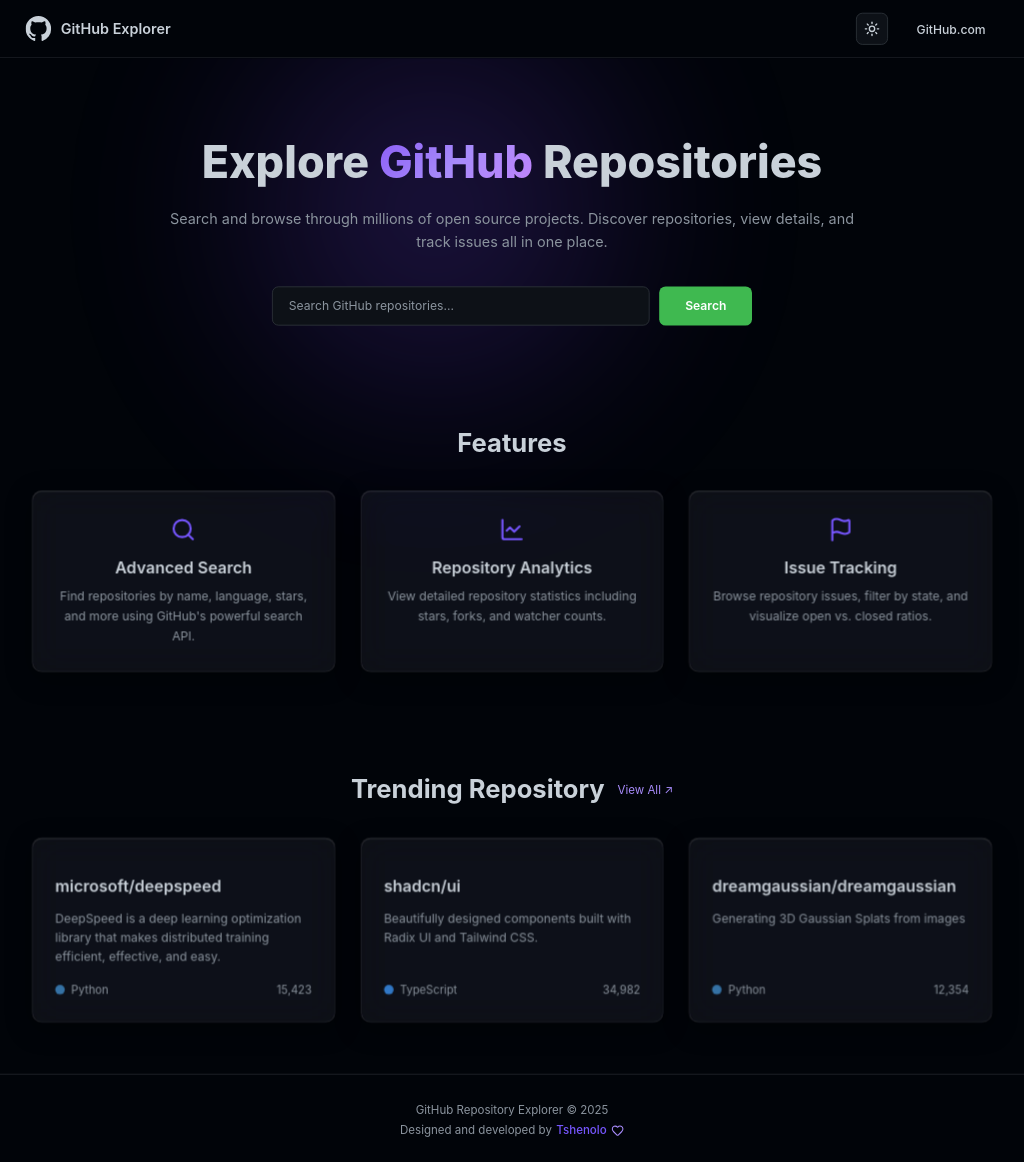
Repository: Tshenolo1994/username-repo
Page: /
An editor plug-in stored every save of this project. The page is shown before and after the next save, followed by the edit.
The browser window is 1280 px wide. The pictures show the whole page, at 80% of full size.
The project was rebuilt for these pictures with package versions that can differ from the ones it lists, and the page was loaded fresh each time. Also part of the build but not shown: vite.config.ts, src/views/RepoView.vue.

Above is the page before, as saved 2025-10-27 01:39:51.

After the next save:
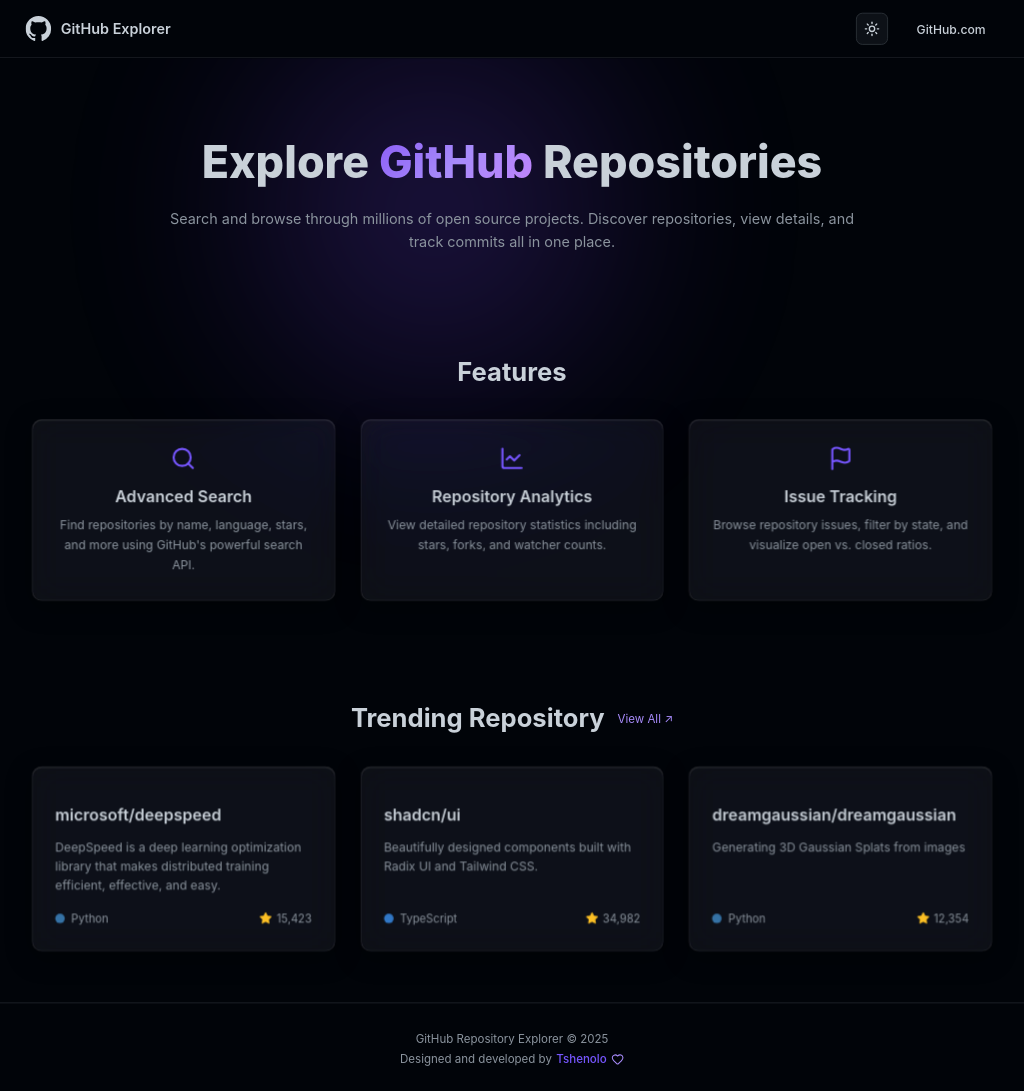
Saved 24 s later.
--- a/src/views/HomeView.vue
+++ b/src/views/HomeView.vue
@@ -1,9 +1,8 @@
 <script setup lang="ts">
 import { ref } from "vue";
-import { useRouter } from "vue-router";
 import { Search, LineChart, Flag } from "lucide-vue-next";
 
-
+// features data
 const features = ref([
   {
     id: 1,
@@ -51,15 +50,6 @@
     language: "Python",
   },
 ]);
-
-const router = useRouter();
-const username = ref("");
-
-function search() {
-  if (username.value.trim()) {
-    router.push(`/repos/${username.value.trim()}`);
-  }
-}
 
 function getLangColor(lang: string): string {
   const colors: Record<string, string> = {
@@ -86,17 +76,8 @@
         </h1>
         <p class="hero-sub">
           Search and browse through millions of open source projects. Discover
-          repositories, view details, and track issues all in one place.
+          repositories, view details, and track commits all in one place.
         </p>
-
-        <div class="search-box">
-          <input
-            v-model="username"
-            placeholder="Search GitHub repositories..."
-            class="search-input"
-          />
-          <button @click="search" class="search-btn">Search</button>
-        </div>
       </div>
     </section>
 
@@ -243,55 +224,8 @@
 .hero-sub {
   color: var(--muted);
   font-size: 1.125rem;
-  margin-bottom: 2.5rem;
   line-height: 1.6;
 }
-
-.search-box {
-  display: flex;
-  justify-content: center;
-  gap: 0.75rem;
-  max-width: 600px;
-  margin: 0 auto;
-}
-
-.search-input {
-  padding: 0.875rem 1.25rem;
-  border-radius: 8px;
-  flex: 1;
-  background: var(--bg-elev);
-  color: var(--text);
-  border: 1px solid var(--border);
-  font-size: 0.95rem;
-  transition: all 0.2s;
-}
-
-.search-input:focus {
-  outline: none;
-  border-color: var(--link);
-  background: var(--bg-elev);
-}
-
-.search-input::placeholder {
-  color: var(--muted);
-}
-
-.search-btn {
-  background: var(--button-accent);
-  color: white;
-  padding: 0.875rem 2rem;
-  border-radius: 8px;
-  font-weight: 600;
-  cursor: pointer;
-  border: none;
-  font-size: 0.95rem;
-  transition: all 0.2s;
-}
-
-/* .search-btn:hover {
-  background: #2ea043;
-  transform: translateY(-1px);
-} */
 
 /* Shared Section Styling */
 .section {
@@ -465,7 +399,7 @@
   align-items: center;
   gap: 0.35rem;
 }
-F
+
 .star {
   width: 16px;
   height: 16px;

After the 2 saves that followed:
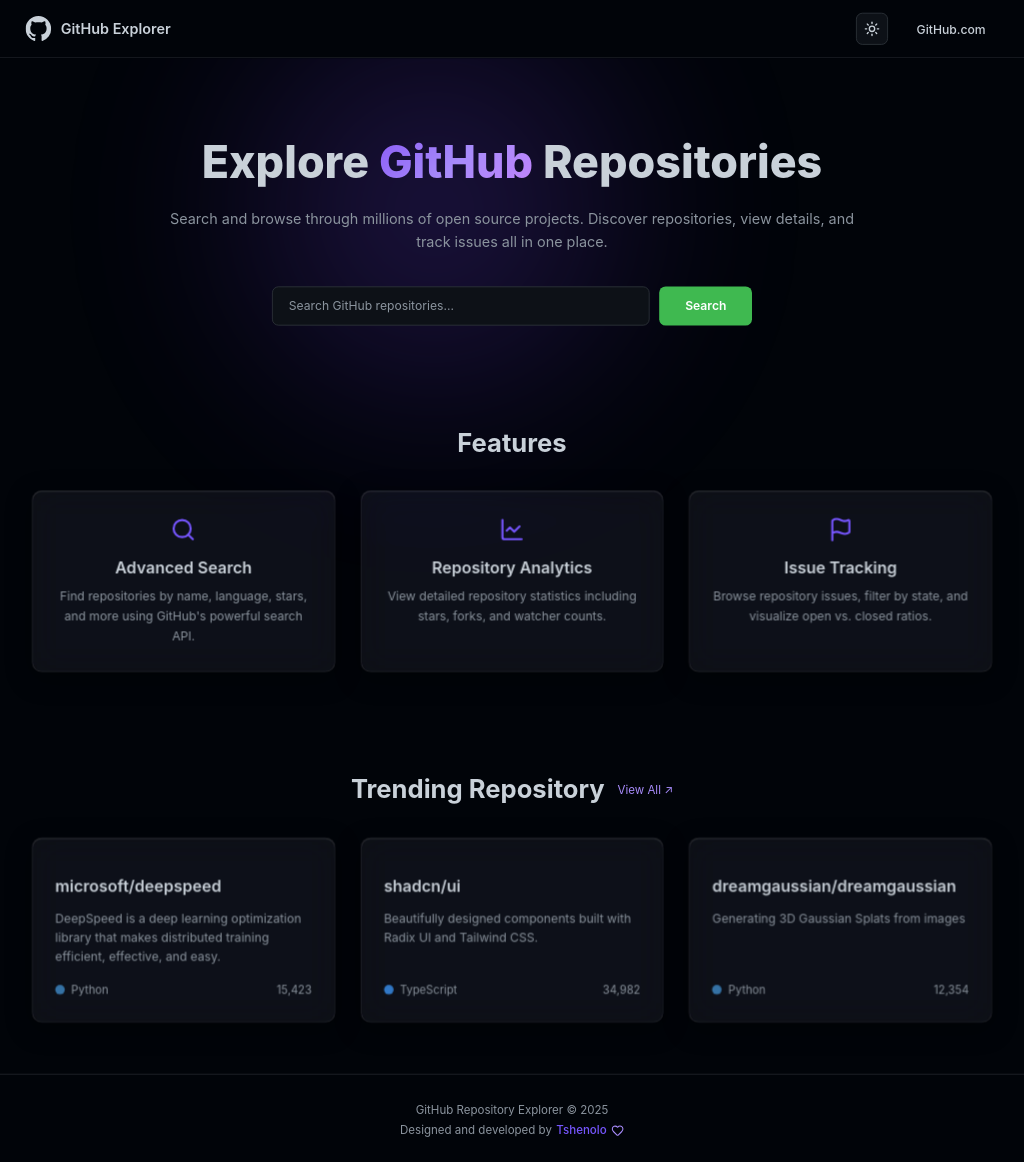
The 2 saves are shown as one change because 1 left the picture as it was.
The last was saved 82 s later.
--- a/src/views/HomeView.vue
+++ b/src/views/HomeView.vue
@@ -1,8 +1,9 @@
 <script setup lang="ts">
 import { ref } from "vue";
+import { useRouter } from "vue-router";
 import { Search, LineChart, Flag } from "lucide-vue-next";
 
-// features data
+
 const features = ref([
   {
     id: 1,
@@ -50,6 +51,15 @@
     language: "Python",
   },
 ]);
+
+const router = useRouter();
+const username = ref("");
+
+function search() {
+  if (username.value.trim()) {
+    router.push(`/repos/${username.value.trim()}`);
+  }
+}
 
 function getLangColor(lang: string): string {
   const colors: Record<string, string> = {
@@ -76,8 +86,17 @@
         </h1>
         <p class="hero-sub">
           Search and browse through millions of open source projects. Discover
-          repositories, view details, and track commits all in one place.
+          repositories, view details, and track issues all in one place.
         </p>
+
+        <div class="search-box">
+          <input
+            v-model="username"
+            placeholder="Search GitHub repositories..."
+            class="search-input"
+          />
+          <button @click="search" class="search-btn">Search</button>
+        </div>
       </div>
     </section>
 
@@ -224,8 +243,55 @@
 .hero-sub {
   color: var(--muted);
   font-size: 1.125rem;
+  margin-bottom: 2.5rem;
   line-height: 1.6;
 }
+
+.search-box {
+  display: flex;
+  justify-content: center;
+  gap: 0.75rem;
+  max-width: 600px;
+  margin: 0 auto;
+}
+
+.search-input {
+  padding: 0.875rem 1.25rem;
+  border-radius: 8px;
+  flex: 1;
+  background: var(--bg-elev);
+  color: var(--text);
+  border: 1px solid var(--border);
+  font-size: 0.95rem;
+  transition: all 0.2s;
+}
+
+.search-input:focus {
+  outline: none;
+  border-color: var(--link);
+  background: var(--bg-elev);
+}
+
+.search-input::placeholder {
+  color: var(--muted);
+}
+
+.search-btn {
+  background: var(--button-accent);
+  color: white;
+  padding: 0.875rem 2rem;
+  border-radius: 8px;
+  font-weight: 600;
+  cursor: pointer;
+  border: none;
+  font-size: 0.95rem;
+  transition: all 0.2s;
+}
+
+/* .search-btn:hover {
+  background: #2ea043;
+  transform: translateY(-1px);
+} */
 
 /* Shared Section Styling */
 .section {
@@ -399,7 +465,7 @@
   align-items: center;
   gap: 0.35rem;
 }
-
+F
 .star {
   width: 16px;
   height: 16px;
